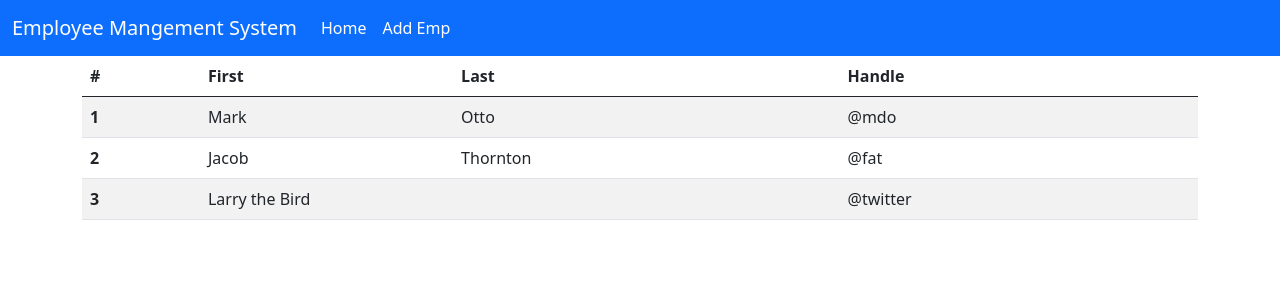
Repository: mahto-sonu/EmployeeManagementSystem
Page: http://localhost/index
An editor plug-in stored every save of this project. The page is shown before and after the next save, followed by the edit.
The browser window is 1280 px wide. The pictures show the whole page.
The page is this project's Thymeleaf template; nobody is signed in. The template is opened directly, without the code that normally fills it, so the values that code supplies are empty.

Above is the page before, as saved 2023-12-05 08:00:16.

After the next save:
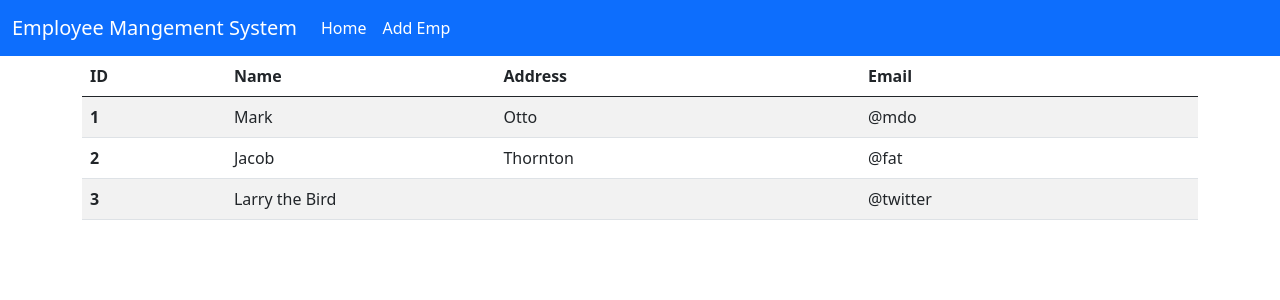
Saved 71 s later.
--- a/Employee-Management-System/src/main/resources/templates/index.html
+++ b/Employee-Management-System/src/main/resources/templates/index.html
@@ -40,10 +40,10 @@
 	<table class="table table-striped">
   <thead>
     <tr>
-      <th scope="col">#</th>
-      <th scope="col">First</th>
-      <th scope="col">Last</th>
-      <th scope="col">Handle</th>
+      <th scope="col">ID</th>
+      <th scope="col">Name</th>
+      <th scope="col">Address</th>
+      <th scope="col">Email</th>
     </tr>
   </thead>
   <tbody>
